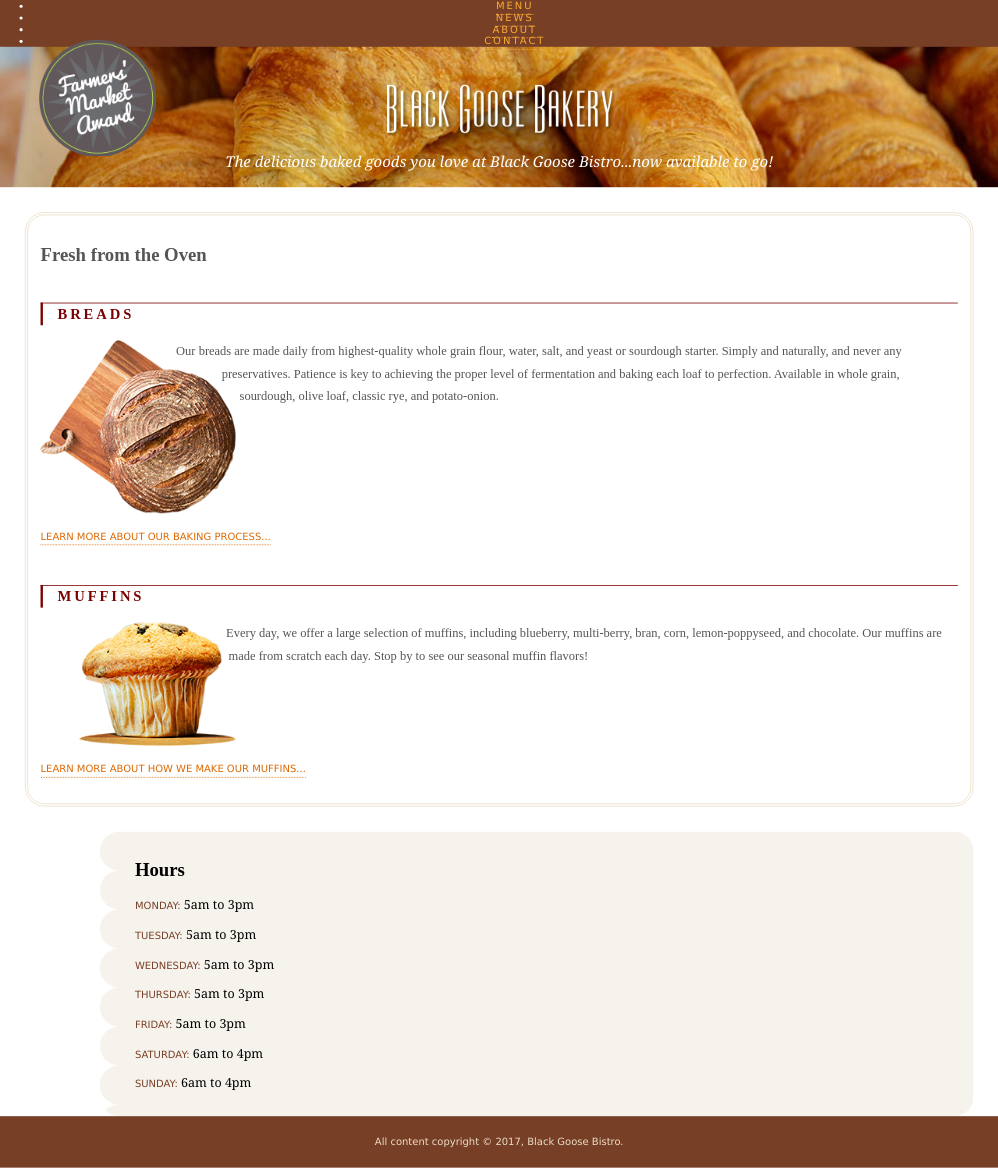
Repository: Colo-Codes/code-practice
Page: 02-css-practice-5.html
An editor plug-in stored every save of this project. The page is shown before and after the next save, followed by the edit.
The browser window is 1280 px wide. The pictures show the whole page, at 78% of full size.
Some web fonts or font styles are not loaded; a fallback is used.

Above is the page before, as saved 2021-05-12 11:46:36.

### 02-css-practice-5.html
<!doctype html>
<html>

<head>
  <meta charset="UTF-8">
  <title>Black Goose Bakery</title>
  <meta name="viewport" content="width=device-width, initial-scale=1">
  <link href="https://fonts.googleapis.com/css?family=Stint+Ultra+Expanded" rel="stylesheet">
  <style>
    @import url(./css/bakery-styles.css);
  </style>
</head>

<body>

  <header>
    <nav>
      <ul>
        <li><a href="">Menu</a></li>
        <li><a href="">News</a></li>
        <li><a href="">About</a></li>
        <li><a href="">Contact</a></li>
      </ul>
    </nav>
    <h1><img src="./assets/img/bgb_logo.png" alt="Black Goose Bakery"></h1>
    <p>The delicious baked goods you love at Black Goose Bistro...now available to go!</p>
  </header>

  <main>
    <h2>Fresh from the Oven</h2>
    <h3>Breads</h3>
    <p><img src="./assets/img/bread.png" alt="round loaf of bread on cutting board"> Our breads are made daily from
      highest-quality whole grain flour, water, salt, and yeast or sourdough starter. Simply and naturally, and never
      any preservatives. Patience is key to achieving the proper level of fermentation and baking each loaf to
      perfection. Available in whole grain, sourdough, olive loaf, classic rye, and potato-onion.</p>
    <p class="more"><a href="">Learn more about our baking process...</a></p>

    <h3>Muffins</h3>
    <p><img src="./assets/img/muffin.png" alt="one chocolate chip muffin"> Every day, we offer a large selection of
      muffins, including blueberry, multi-berry, bran, corn, lemon-poppyseed, and chocolate. Our muffins are made from
      scratch each day. Stop by to see our seasonal muffin flavors!</p>
    <p class="more"><a href="">Learn more about how we make our muffins...</a></p>
  </main>

  <aside>
    <h2>Hours</h2>
    <p><span class="day">Monday:</span> 5am to 3pm</p>
    <p><span class="day">Tuesday:</span> 5am to 3pm</p>
    <p><span class="day">Wednesday:</span> 5am to 3pm</p>
    <p><span class="day">Thursday:</span> 5am to 3pm</p>
    <p><span class="day">Friday:</span> 5am to 3pm</p>
    <p><span class="day">Saturday:</span> 6am to 4pm</p>
    <p><span class="day">Sunday:</span> 6am to 4pm</p>
  </aside>

  <footer>
    <p>All content copyright &copy; 2017, Black Goose Bistro.</p>
    <div id="award"><img src="./assets/img/award.png" alt="Farmers' Market Award"></div>
  </footer>

</body>

</html>

### css/bakery-styles.css
@charset "UTF-8";
html {
  box-sizing: border-box;
}
*, *:before, *:after {
  box-sizing: inherit;
  /* Enable to debug */
  /* outline: #f66 dashed 1px; */
}
body {
  font-family: Georgia, serif;
  font-size: 100%;
  background-color: white;
  margin: 0; /* Reset margins */
}

/* link styles */
a:link, a:visited {
  color: #DC6903;
  text-decoration: none;
  border-bottom: 1px dotted;
  padding-bottom: .2em;
}
a:focus, a:hover, a:active { color: #F9AB33; }


/* header styles */
header {
  color: white;
  background:  url(../assets/img/croissants_banner.jpg) no-repeat center center;
  background-size: cover;
  text-align: center;
  height: 15em;
}
header p {
  font-style: italic;
  font-size: 1.2em;
  margin-top: -12px;
}
header h1 {
  margin-top: 1.5em;
}

/* nav styles */
nav, footer {
  font-family: verdana, sans-serif;
  background-color: #783F27;
}
nav ul li a:link, nav ul li a:visited {
  color: #F9AB33;
}
nav ul li a:focus, nav ul li a:hover, nav ul li a:active {
  color: #fff;
}
nav ul li {
  font-size: .8em;
  text-transform: uppercase;
  letter-spacing: .2em;
}
nav ul {
  margin: 0; /* Reset margins */
}

/* main "products" styles */
main {
  font-family: 'Stint Ultra Expanded', cursive;
  background-color: white;
  line-height: 1.8em;
  color: #555;
  padding: 1em;
  border: double 4px #eaddc4;
  border-radius: 25px;
  margin: 2.5%;
}
main img {
  float: left;
  margin: 0 1em 1em 0;
}
img[src*="bread"] {
  shape-outside: ellipse(130px 95px at 50% 50%);
}
img[src*="muffin"] {
  margin-left: 50px;
  shape-outside: polygon(0px 0px, 197px 0px, 241px 31px, 241px 68px, 226px 82px, 219px 131px, 250px 142px, 250px 158px, 0px 158px);
}
h3 {
  text-transform: uppercase;
  letter-spacing: .2em;
  color: #7A0002;
  border-top: 1px solid;
  border-left: 3px solid;
  padding-left: 1em;
  margin-top: 2.5em;
}
p.more {
  font-family: verdana, sans-serif;
  text-transform: uppercase;
  font-size: .8em;
  clear: left;
}

/* aside "hours" styles */
aside {
  background: url(../assets/img/scallop.png) repeat-y left top;
  background-color: #F6F3ED;
  padding: 1em;
  padding-left: 45px;
  border-radius: 25px;
  margin: 1em 2.5% 0 10%;
}
/* misc styles */
footer {
  color: #EADDC4;
  text-align: center;
  font-size: .8em;
  padding: 1em;
}
h2 {
  font-family: 'Stint Ultra Expanded', cursive;
}
.day {
  color: #783F27;
  font-family: verdana, sans-serif;
  font-size: .8em;
  text-transform: uppercase;
}
div#award {
  position: absolute;
  top: 50px;
  left: 50px;
}

After the next save:
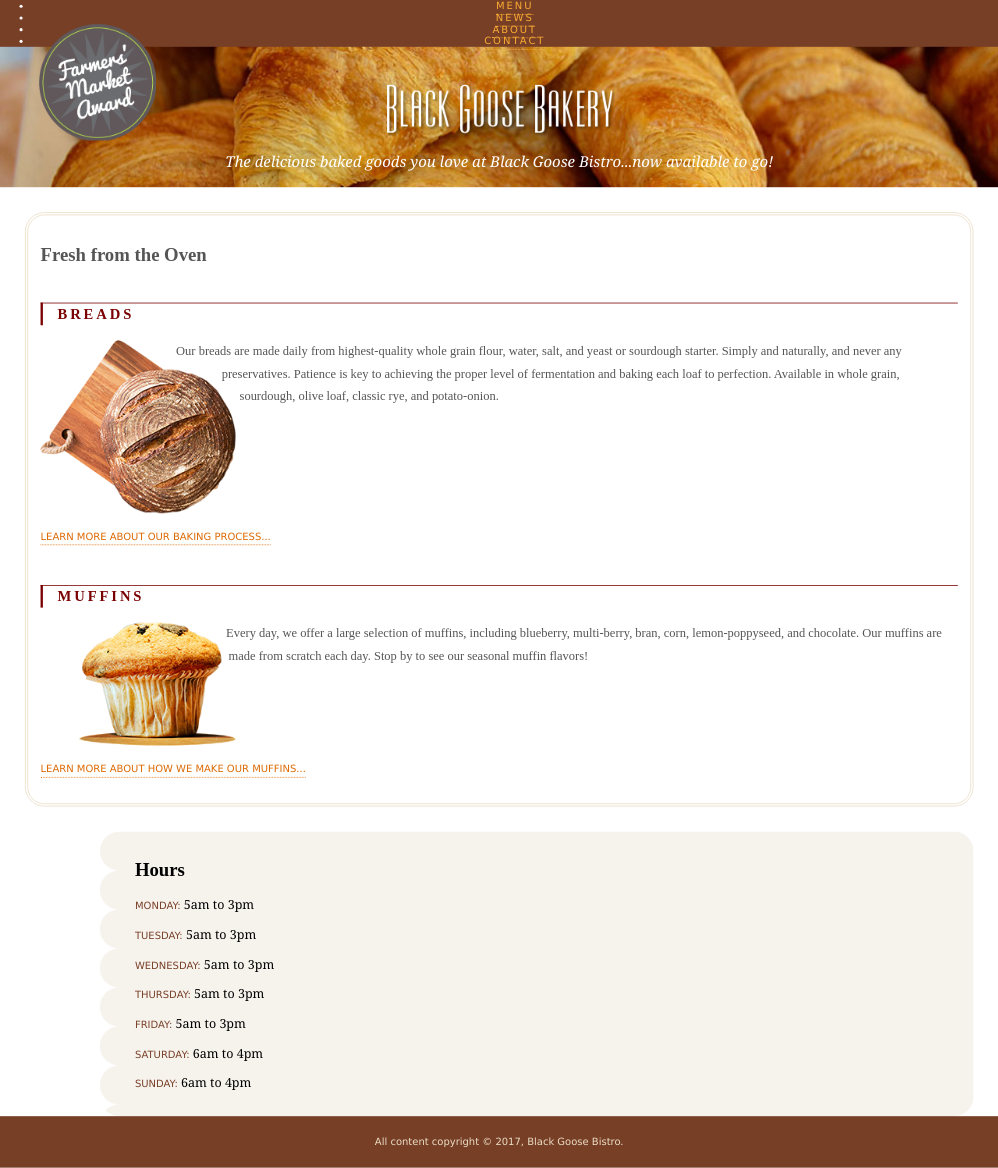
Saved 40 s later.
--- a/css/bakery-styles.css
+++ b/css/bakery-styles.css
@@ -126,6 +126,6 @@ h2 {
 }
 div#award {
   position: absolute;
-  top: 50px;
+  top: 30px;
   left: 50px;
 }
